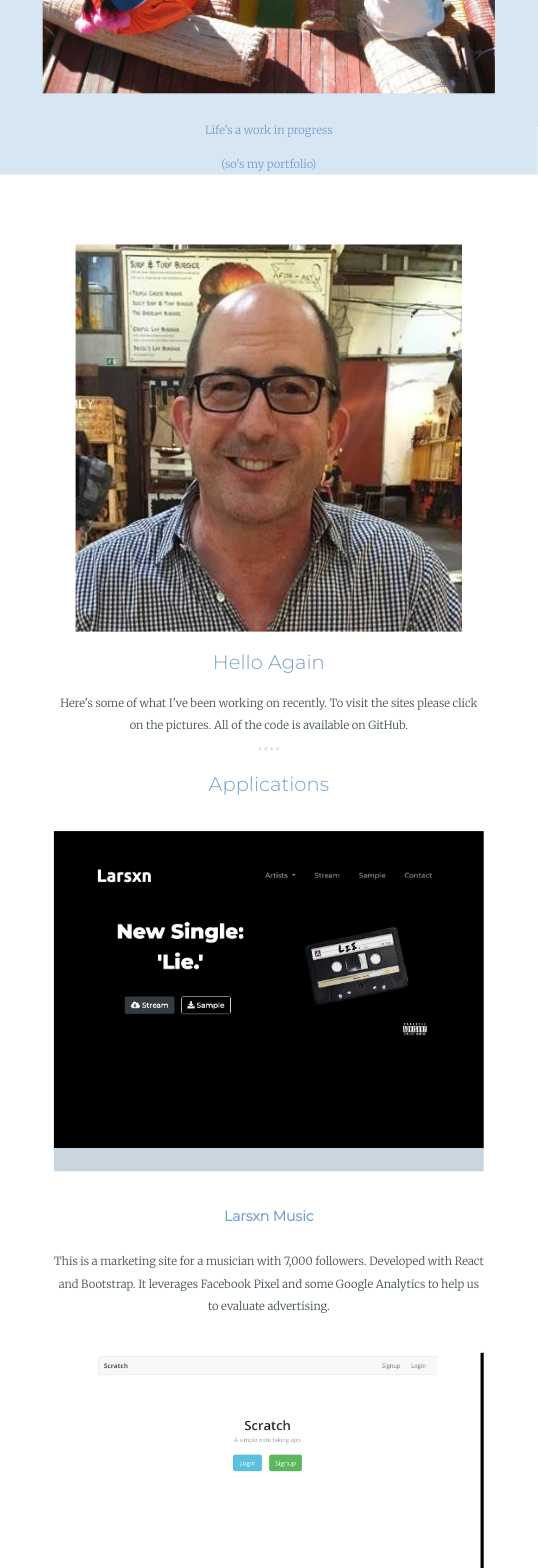
Repository: EpiTao-LLC/Personal_web_page
Page: pages/portfolio.html
The author's editor kept a copy of each file at every save. The page is drawn from the files as they stood at one save, then again after the next save.
The browser window is 768 px wide. The pictures show the part of the page from y = 545 to 2785 px (the page is 3983 px tall before and 4153 px after), at 70% of full size.

Above is the page before, as saved 2020-10-11 22:02:11.

After the next save:
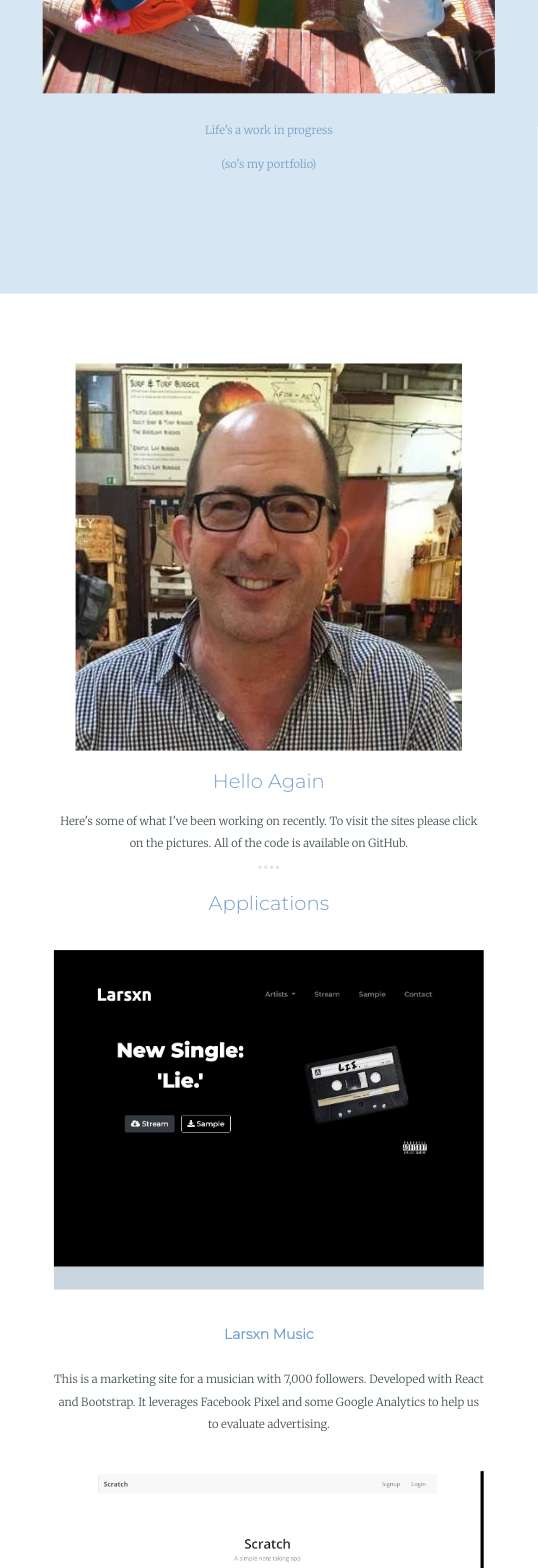
Saved 9 s later.
--- a/css/styles.css
+++ b/css/styles.css
@@ -242,7 +242,7 @@
         position: relative;
         padding-left: 8%;
         padding-right: 8%;
-        padding-bottom: 0%;
+        padding-bottom: 20%;
         margin-bottom: 0px;
 
     }

After the save that followed:
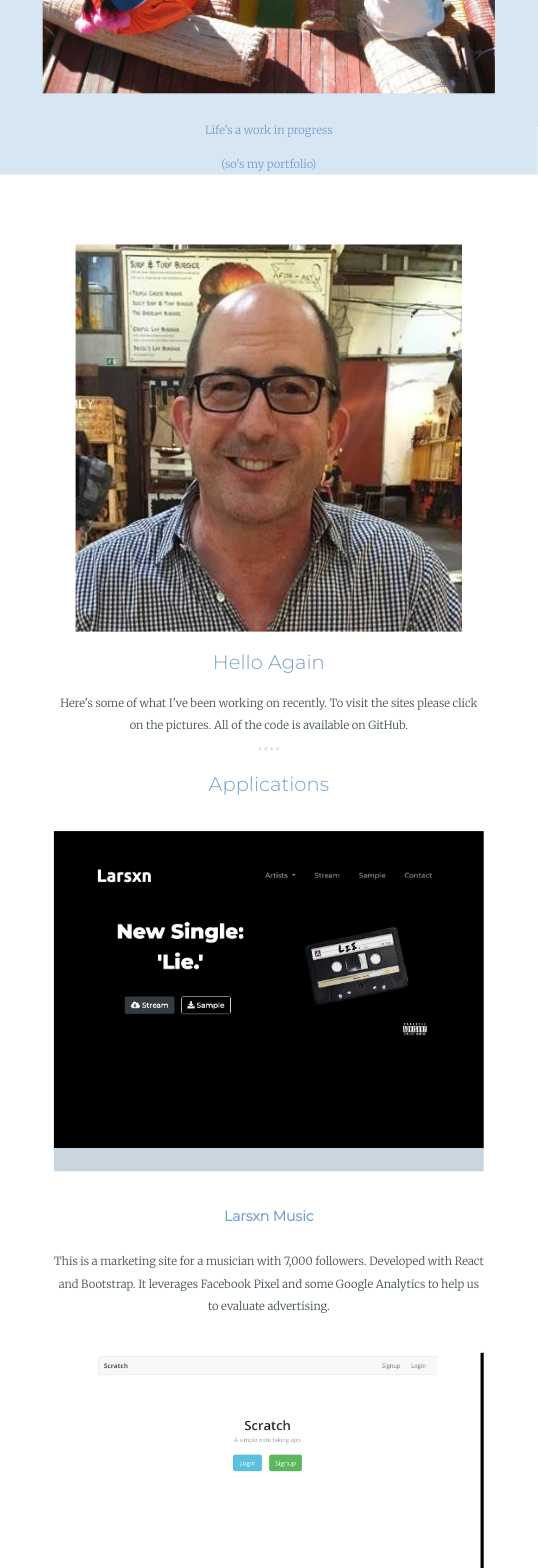
Saved 49 s later.
--- a/css/styles.css
+++ b/css/styles.css
@@ -242,7 +242,7 @@
         position: relative;
         padding-left: 8%;
         padding-right: 8%;
-        padding-bottom: 20%;
+        padding-bottom: 0%;
         margin-bottom: 0px;
 
     }
